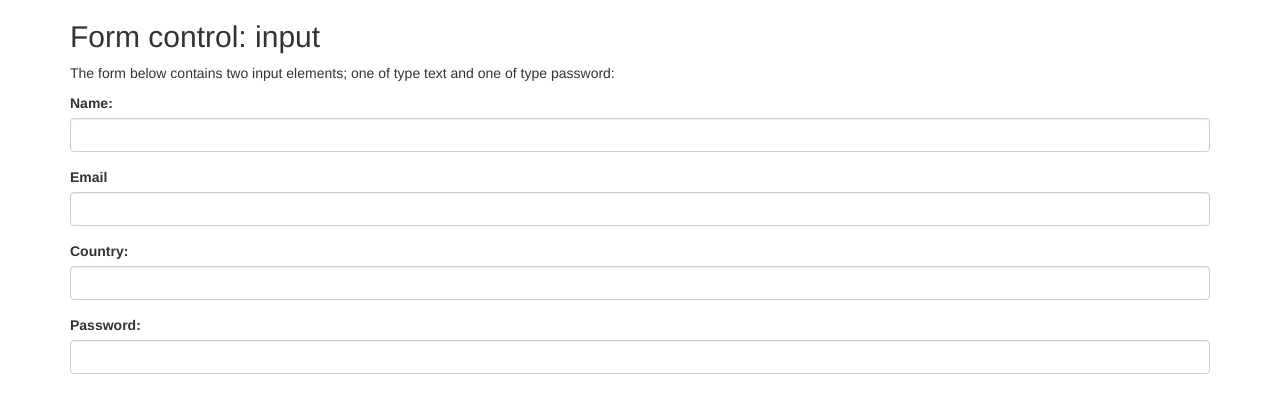
Repository: suvarsha/cognizant-projects
Page: BootStramp1/WebContent/profile.html
These files come from the project's save history. The page is drawn as it stood at one moment and after the next save; the edit follows.
The browser window is 1280 px wide. The pictures show the whole page.

Above is the page before, as saved 2020-01-18 12:22:07.

### BootStramp1/WebContent/profile.html
<!DOCTYPE html>
<html lang="en">
<head>
  <title>Bootstrap Example</title>
  <meta charset="utf-8">
  <meta name="viewport" content="width=device-width, initial-scale=1">
  <link rel="stylesheet" href="https://maxcdn.bootstrapcdn.com/bootstrap/3.4.1/css/bootstrap.min.css">
  <script src="https://ajax.googleapis.com/ajax/libs/jquery/3.4.1/jquery.min.js"></script>
  <script src="https://maxcdn.bootstrapcdn.com/bootstrap/3.4.1/js/bootstrap.min.js"></script>
</head>
<body>

<div class="container">
  <h2>Form control: input</h2>
  <p>The form below contains two input elements; one of type text and one of type password:</p>
  <form>
    <div class="form-group">
      <label for="usr">Name:</label>
      <input type="text" class="form-control" id="usr">
    </div>
    <div class="form-group">
      <label for="mail" value=suvarsha18@gmail.com>Email</label>
      <input type="email" class="form-control" id="ml">
    </div>
    <div class="form-group">
      <label for="cnty">Country:</label>
      <input type="text" class="form-control" id="cy">
    </div>
    <div class="form-group">
      <label for="pwd">Password:</label>
      <input type="password" class="form-control" id="pwd">
    </div>
  </form>
</div>
</body>
</html>

After the next save:
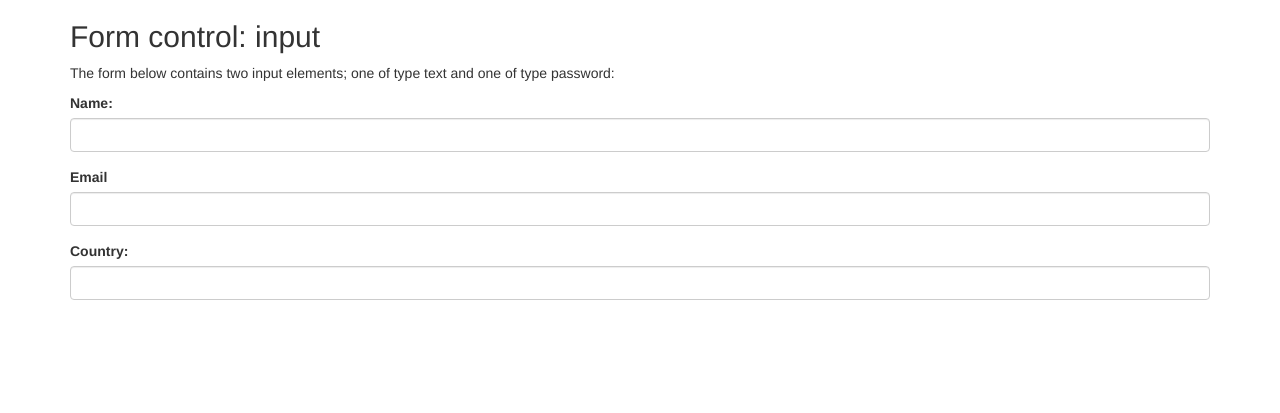
Saved 85 s later.
--- a/BootStramp1/WebContent/profile.html
+++ b/BootStramp1/WebContent/profile.html
@@ -19,17 +19,13 @@
       <input type="text" class="form-control" id="usr">
     </div>
     <div class="form-group">
-      <label for="mail" value=suvarsha18@gmail.com>Email</label>
+      <label for="mail" value=s>Email</label>
       <input type="email" class="form-control" id="ml">
     </div>
     <div class="form-group">
       <label for="cnty">Country:</label>
       <input type="text" class="form-control" id="cy">
     </div>
-    <div class="form-group">
-      <label for="pwd">Password:</label>
-      <input type="password" class="form-control" id="pwd">
-    </div>
   </form>
 </div>
 </body>
